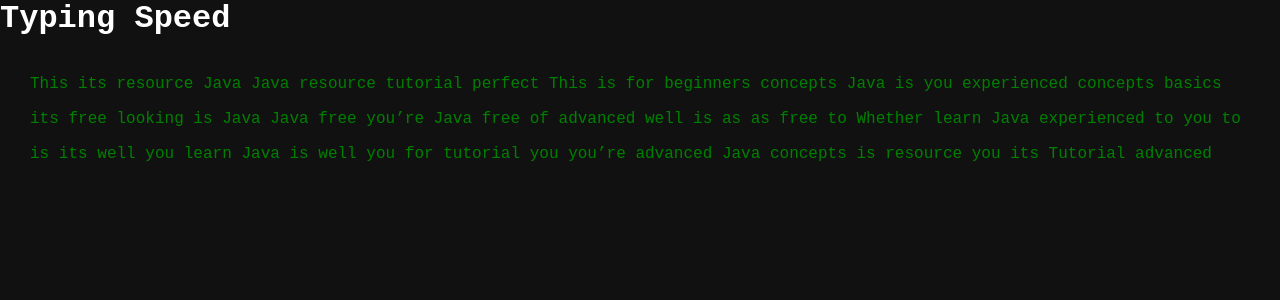
Repository: ThisIsSahaj/Js-Games
Page: TypingSpeed/index.html
These files come from the project's save history. The page is drawn as it stood at one moment and after the next save; the edit follows.
The browser window is 1280 px wide. The pictures show the whole page.

Above is the page before, as saved 2024-05-18 20:15:47.

### TypingSpeed/index.html
<!DOCTYPE html>
<html lang="en">
<head>
    <meta charset="UTF-8">
    <meta http-equiv="X-UA-Compatible" content="IE=edge">
    <meta name="viewport" content="width=device-width, initial-scale=1.0">
    <title>Typing Speed</title>
    <link rel="stylesheet" href="style.css">
</head>
<body>
    <h1>Typing Speed</h1>

    <div class="game">
        <div class="words"></div>
        <div class="cursor"></div>
    </div>
</body>
<script src="script.js"></script>
</html>

### TypingSpeed/style.css
*{
    margin: 0;
    padding: 0;
    box-sizing: border-box;
}

body{
    font-family: 'Roboto Mono', monospace;
    background-color: #111;
    color: white;
}

.game{
    /* border: 2px solid red; */
    margin: 30px ;
    line-height: 35px;
    height: 105px;
    overflow: hidden;
    color: green;
}

.singleWord{
    /* border: 2px solid green; */
    display: inline-block;
}

### TypingSpeed/script.js
const words = 'This Java Tutorial is designed for beginners as well as experienced professionals Whether you’re looking to learn the basics of Java or its advanced concepts this free Java tutorial is the perfect resource for you'

const wordsDiv = document.querySelector('.words');




// to split all the words whenever space comes and return an array
const newWords = words.split(" ");
console.log(newWords);




const randomWord = () => {
    const randomIndex = Math.floor(Math.random() * newWords.length);

    return newWords[randomIndex];
}
console.log(randomWord());


const formatWord = (word) => {
  return `
  <div class="singleWord"
  <span class="letter">
    ${word.split('').join('</span><span class="letter">')}
  </span>
  </div>
  `
}


const newGame = () => {
    wordsDiv.innerHTML = " ";

    for(let i=0; i<200; i++)
    {
        wordsDiv.innerHTML += formatWord(randomWord());
    }
}

newGame();

After the next save:
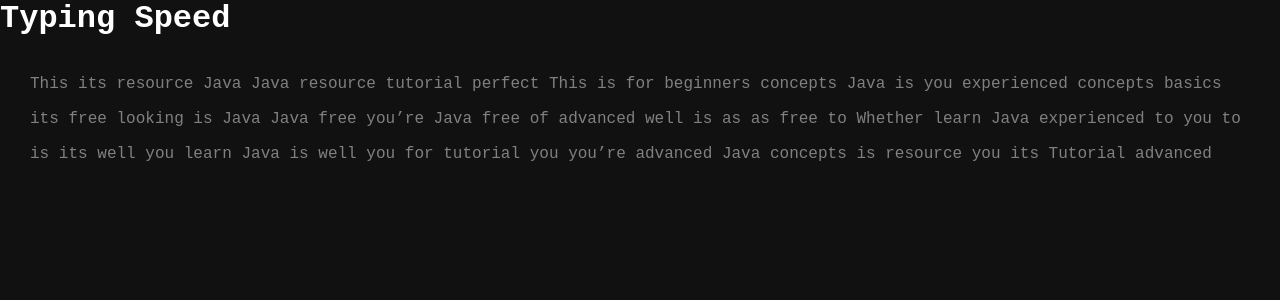
Saved 4 s later.
--- a/TypingSpeed/style.css
+++ b/TypingSpeed/style.css
@@ -16,7 +16,7 @@
     line-height: 35px;
     height: 105px;
     overflow: hidden;
-    color: green;
+    color: gray;
 }
 
 .singleWord{
